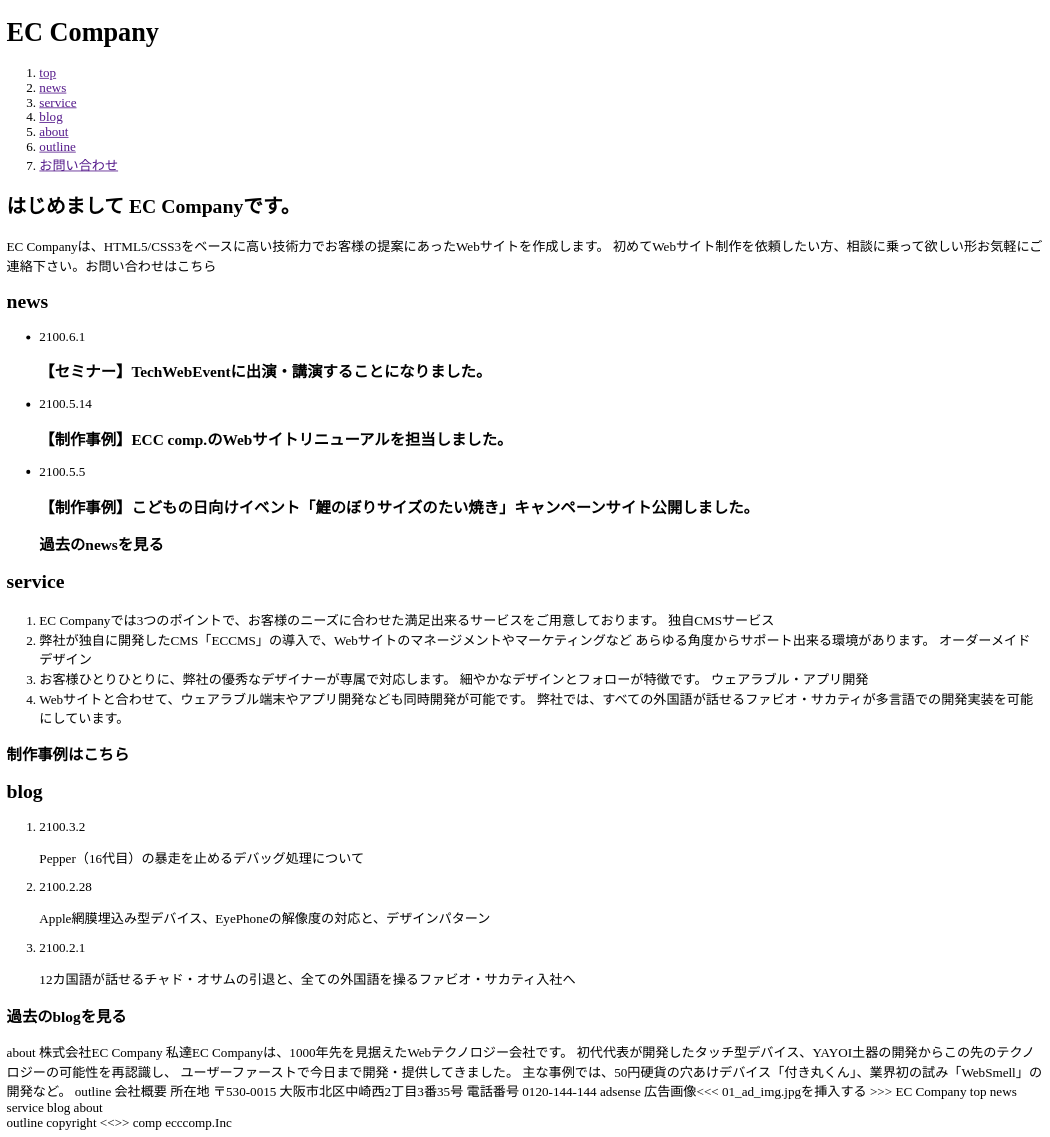
Repository: hsn320/html-practice
Page: html2/work01/work01.html
An editor plug-in stored every save of this project. The page is shown before and after the next save, followed by the edit.
The browser window is 1280 px wide. The pictures show the whole page, at 82% of full size.

Above is the page before, as saved 2025-10-01 22:55:38.

After the next save:
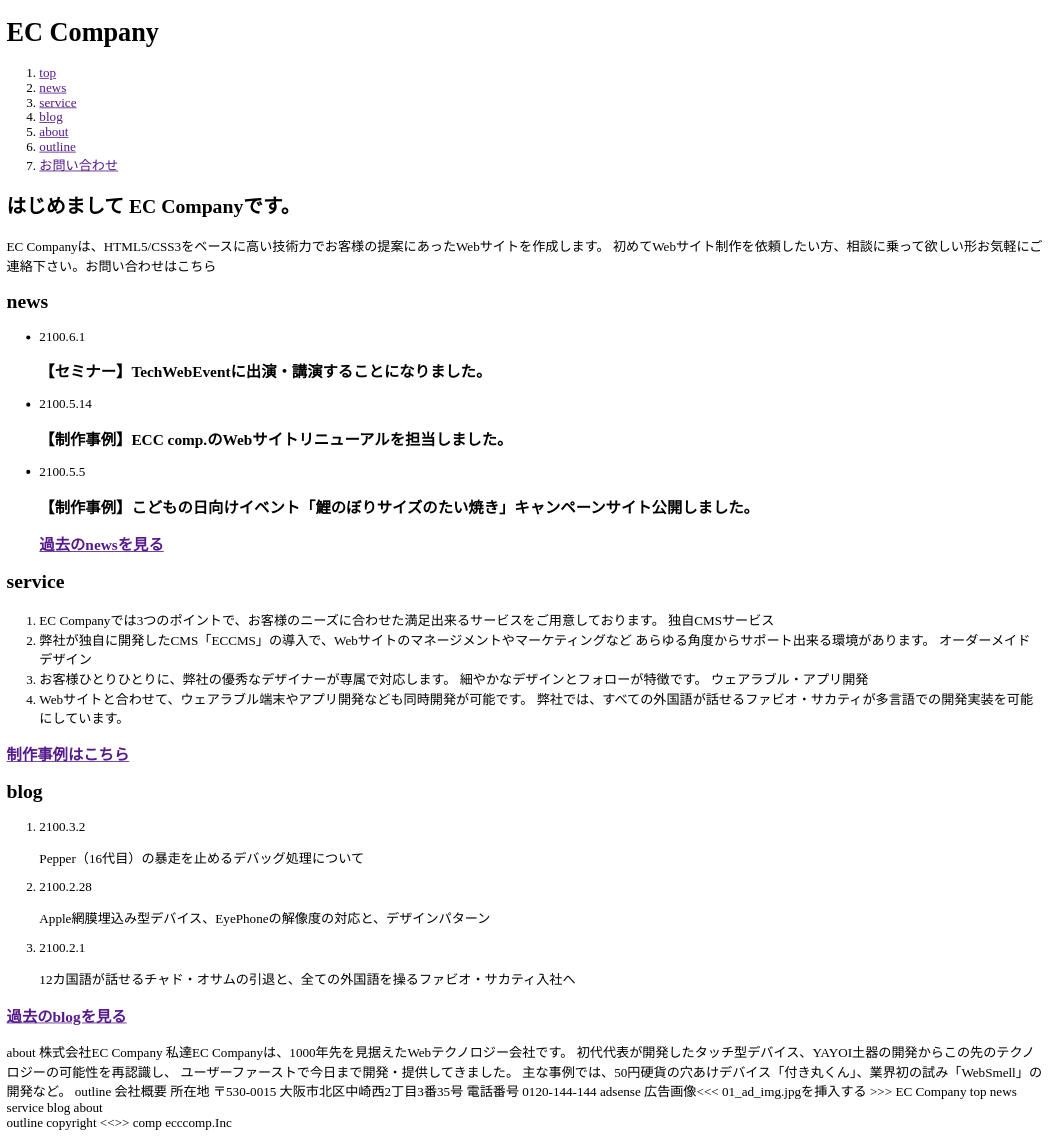
Saved 36 s later.
--- a/html2/work01/work01.html
+++ b/html2/work01/work01.html
@@ -49,7 +49,7 @@
                     <h3>【制作事例】こどもの日向けイベント「鯉のぼりサイズのたい焼き」キャンペーンサイト公開しました。</h3>
                 </article>
             </li>
-            <h3>過去のnewsを見る</h3>
+            <h3><a href="">過去のnewsを見る</a></h3>
         </ul>
     </section>
     <section>
@@ -70,7 +70,7 @@
             <li>Webサイトと合わせて、ウェアラブル端末やアプリ開発なども同時開発が可能です。
                 弊社では、すべての外国語が話せるファビオ・サカティが多言語での開発実装を可能にしています。</li>
         </ol>
-        <h3>制作事例はこちら</h3>
+        <h3><a href="">制作事例はこちら</a></h3>
     </section>
 
 
@@ -96,7 +96,7 @@
                 </article>
             </li>
         </ol>
-        <h3>過去のblogを見る</h3>
+        <h3><a href="">過去のblogを見る</a></h3>
 
     </section>
     about
